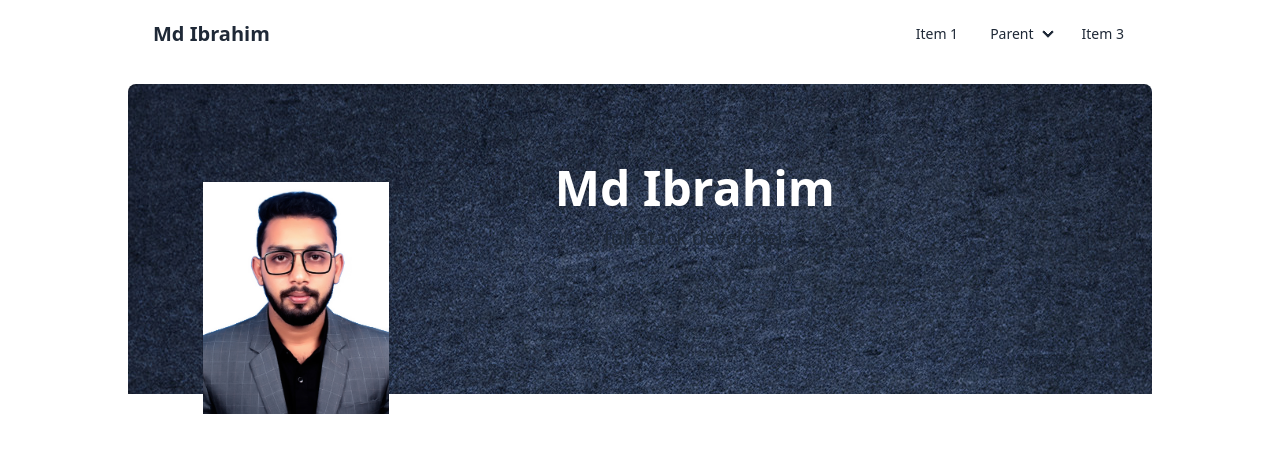
Repository: mdrubel02/portfilo
Page: /
The author's editor kept a copy of each file at every save. The page is drawn from the files as they stood at one save, then again after the next save.
The browser window is 1280 px wide. The pictures show the whole page.
The project was rebuilt for these pictures with package versions that can differ from the ones it lists, and the page was loaded fresh each time. Also part of the build but not shown: vite.config.js.

Above is the page before, as saved 2023-06-25 14:23:49.

After the next save:
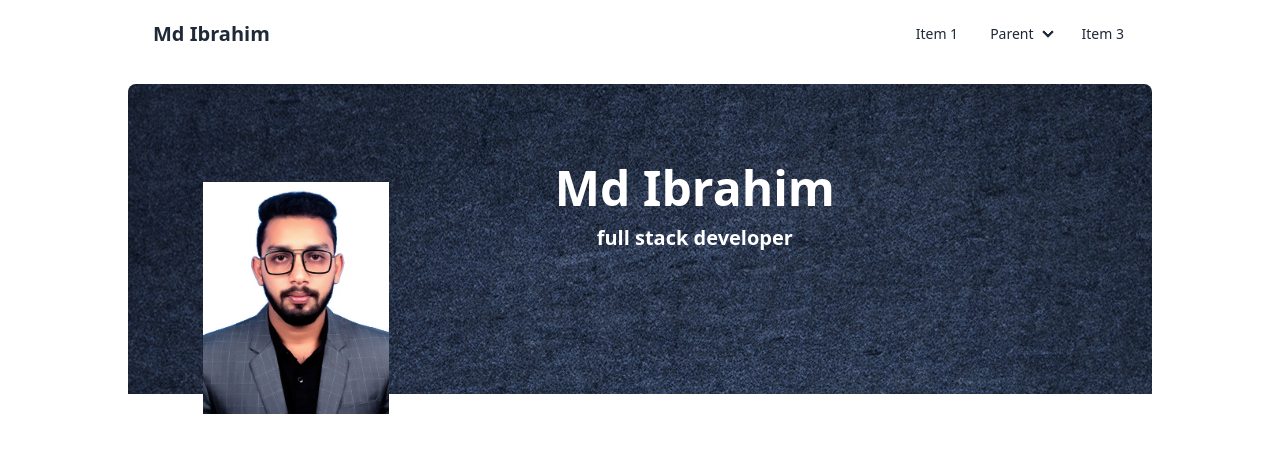
Saved 25 s later.
--- a/src/Pages/Home/Home.jsx
+++ b/src/Pages/Home/Home.jsx
@@ -16,7 +16,7 @@ const Home = () => {
                         <div className='lg:w-1/2 flex justify-start items-center '>
                             <div className='mt-20 w-auto'>
                                 <h3 className='text-5xl text-white font-extrabold font-sans tracking-normal'>Md Ibrahim</h3>
-                                <p className='text-center mt-3 text-xl'>full stack developer</p>
+                                <p className='text-center mt-3 text-xl text-white font-bold'>full stack developer</p>
                             </div>
                         </div>
                     </div>
